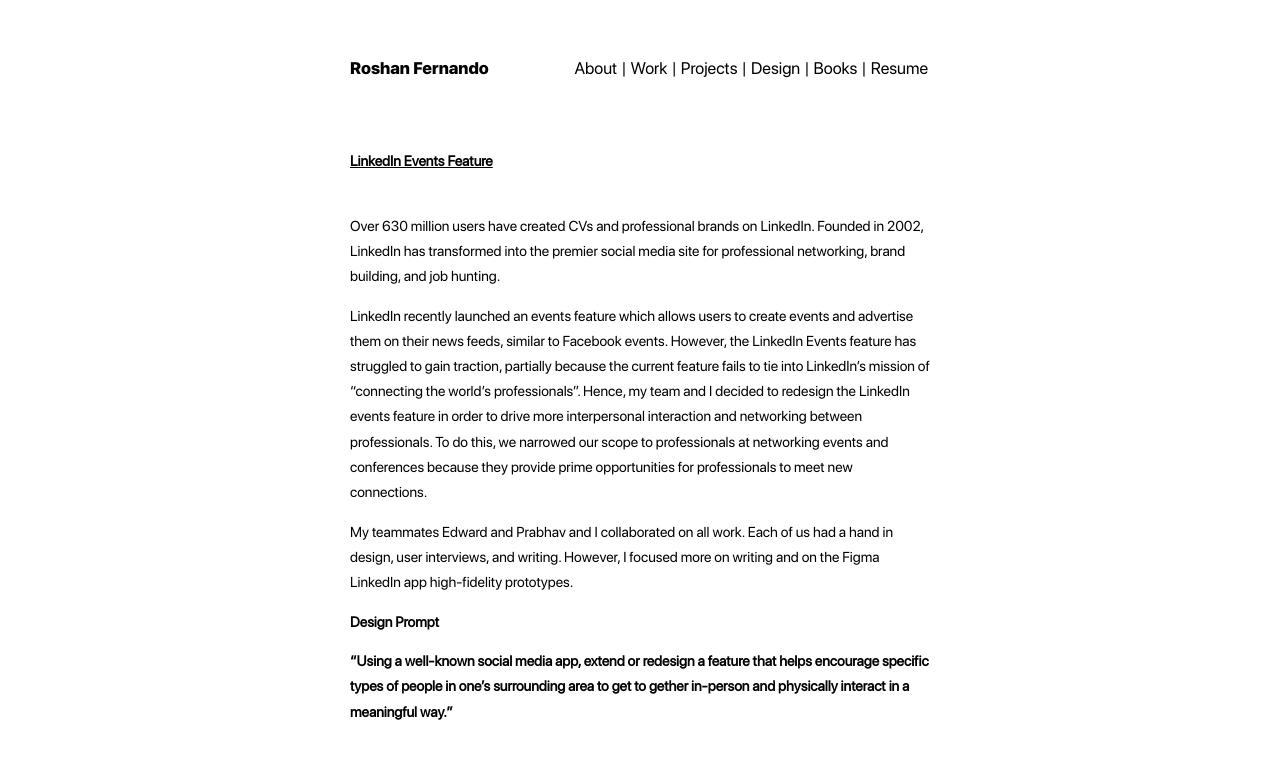
Repository: rdf004/rdf004.github.io
Page: /case1
These files come from the project's save history. The page is drawn as it stood at one moment and after the next save; the edit follows.
The browser window is 1280 px wide. The pictures show the whole page.
The project was rebuilt for these pictures with package versions that can differ from the ones it lists, and the page was loaded fresh each time. Also part of the build but not shown: src/Components/About.js, src/Components/Work.js, src/Components/Projects.js, src/Components/Design.js, src/Components/Books.js, src/Components/Resume.js.

Above is the page before, as saved 2019-11-20 20:59:11.

### public/index.html
<!DOCTYPE html>
<html lang="en">
  <head>
    <meta charset="utf-8" />
    <link rel="shortcut icon" href="Startup_Rocket-512.png" />
    <meta name="viewport" content="width=device-width, initial-scale=1" />
    <meta name="theme-color" content="#000000" />
    <meta
      name="description"
      content="Web site created using create-react-app"
    />
    <link rel="apple-touch-icon" href="logo192.png" />
    <!--
      manifest.json provides metadata used when your web app is installed on a
      user's mobile device or desktop. See https://developers.google.com/web/fundamentals/web-app-manifest/
    -->
    <link rel="manifest" href="%PUBLIC_URL%/manifest.json" />
    <!--
      Notice the use of %PUBLIC_URL% in the tags above.
      It will be replaced with the URL of the `public` folder during the build.
      Only files inside the `public` folder can be referenced from the HTML.

      Unlike "/favicon.ico" or "favicon.ico", "%PUBLIC_URL%/favicon.ico" will
      work correctly both with client-side routing and a non-root public URL.
      Learn how to configure a non-root public URL by running `npm run build`.
    -->
    <title>RFizzle's Websizzle</title>
  </head>
  <body>
    <noscript>You need to enable JavaScript to run this app.</noscript>
    <div id="root"></div>
    <!--
      This HTML file is a template.
      If you open it directly in the browser, you will see an empty page.

      You can add webfonts, meta tags, or analytics to this file.
      The build step will place the bundled scripts into the <body> tag.

      To begin the development, run `npm start` or `yarn start`.
      To create a production bundle, use `npm run build` or `yarn build`.
    -->
  </body>
</html>

### src/index.js
import React from 'react';
import ReactDOM from 'react-dom';
import { Route, Link, BrowserRouter as Router } from 'react-router-dom';

import About from './Components/About';
import Work from './Components/Work';
import Projects from './Components/Projects';
import Design from './Components/Design';
import Books from './Components/Books';
import Resume from './Components/Resume';
import Case1 from './Components/Case1';
import * as serviceWorker from './serviceWorker';

const routing = (
    <Router>
      <div>
        <Route exact path="/" component={About} />
        <Route path="/work" component={Work} />
        <Route path="/projects" component={Projects} />
        <Route path="/design" component={Design} />
        <Route path="/books" component={Books} />
        <Route path="/resume" component={Resume} />
        <Route path="/case1" component={Case1} />
      </div>
    </Router>
)

ReactDOM.render(routing, document.getElementById('root'));

// If you want your app to work offline and load faster, you can change
// unregister() to register() below. Note this comes with some pitfalls.
// Learn more about service workers: https://bit.ly/CRA-PWA
serviceWorker.unregister();

### src/Components/Case1.js
import React from 'react';
import Header from './Header';

import '../Style/style.css';

class Case1 extends React.Component {

    render() {
        return (
            <div className="grid-holder">

            <div className="grid-container">
                <Header className="header"/>
                <p className="page-content">
                    <b><u>LinkedIn Events Feature</u></b><br/><br/>
                    <p>Over 630 million users have created CVs and professional brands on LinkedIn. Founded in 2002, LinkedIn has transformed into the premier social media site for professional networking, brand building, and job hunting.</p>
                    <p>LinkedIn recently launched an events feature which allows users to create events and advertise them on their news feeds, similar to Facebook events. However, the LinkedIn Events feature has struggled to gain traction, partially because the current feature fails to tie into LinkedIn’s mission of “connecting the world’s professionals”. Hence, my team and I decided to redesign the LinkedIn events feature in order to drive more interpersonal interaction and networking between professionals. To do this, we narrowed our scope to professionals at networking events and conferences because they provide prime opportunities for professionals to meet new connections.</p>
                    <p>My teammates Edward and Prabhav and I collaborated on all work. Each of us had a hand in design, user interviews, and writing. However, I focused more on writing and on the Figma LinkedIn app high-fidelity prototypes.</p>
                    <b>Design Prompt</b>
                    <p><b>“Using a well-known social media app, extend or redesign a feature that helps encourage specific types of people in one’s surrounding area to get to gether in-person and physically interact in a meaningful way.”</b></p>
                </p>
            </div>

            </div>
        )
    }

}

export default Case1;

### src/Components/Header.js
import React from 'react';
import '../Style/style.css';

class Header extends React.Component {

    render() {
        return (

            <div className="flex-container">
                <p className="name">Roshan Fernando</p>
                <ul className="header-li-elements">
                    <li><a className="list-item-a" href="/">About</a></li>
                    <li>|</li>
                    <li><a className="list-item-a" href="/work">Work</a></li>
                    <li>|</li>
                    <li><a className="list-item-a" href="/projects">Projects</a></li>
                    <li>|</li>
                    <li><a className="list-item-a" href="/design">Design</a></li>
                    <li>|</li>
                    <li><a className="list-item-a" href="/books">Books</a></li>
                    <li>|</li>
                    <li><a className="list-item-a" href="/resume">Resume</a></li>
                </ul>
                <p className="content">{this.about}</p>
            </div>
        )
    }
}

export default Header;

### src/Style/style.css
/* PAGE */

.grid-holder {

}

.grid-container {
    display: grid;
    width: 600px;
    max-width: 100vw;
    margin: auto;

    line-height: 1.75;
}

.page-content {

    font-family: 'SF-Regular';
    font-size: 0.9em;
    color: black;
    padding: 10px;
    padding-top: 0px;
}

/* unvisited link */
.p-a:link {
    color: rgb(105, 196, 248);
    text-decoration: underline;
  }

  /* visited link */
.p-a:visited {
    color: rgb(105, 196, 248);
    text-decoration: underline;
  }

/* mouse over link */
.p-a:hover {
    color: rgb(105, 196, 248);
    text-decoration: underline;
  }

  /* selected link */
.p:active {
    color: rgb(105, 196, 248);
    text-decoration: underline;
  }

/* HEADER */

.flex-container {

    display: flex;
    justify-content: center;
    align-items: center;
    padding-top: 5vh;
    flex-wrap: wrap;

    max-width: inherit;
    min-width: 0;

}


.name {

    text-align: left;
    font-family: 'SF-Heavy';
    color: black;
    font-size: 1.05em;
    max-width: 250px;

    flex: 1;
    padding-left: 10px;

}

.header-li-elements {

    display: flex;
    padding: 0;
    justify-content: flex-end;
    color: black;

    flex: 1;
    padding-right: 10px;

}

li {

    list-style-type: none;
    padding: 2px;
    font-family: 'SF-Regular';
    font-size: 1.05em;
    color: black;

}

.content {
    width: 1000px;
    max-width: inherit;
}

body, html {

    margin: 0;
    padding: 0;
    background-color: white;

}

/* unvisited link */
.list-item-a:link {
    color: black;
    text-decoration: none;
  }

  /* visited link */
.list-item-a:visited {
    color: black;
    text-decoration: none;
  }

/* mouse over link */
.list-item-a:hover {
    color: rgb(0, 162, 255);
    text-decoration: none;
  }

  /* selected link */
.list-item-a:active {
    color: black;
    text-decoration: none;
  }

@font-face {
    src: url('./SF-Pro-Display-Heavy.otf');
    font-family: 'SF-Heavy';
}

@font-face {
    src: url('./SF-Pro-Display-Regular.otf');
    font-family: 'SF-Regular';
}

@font-face {
    src: url('./SF-Pro-Display-Thin.otf');
    font-family: 'SF-Thin';
}

Loaded but not shown: src/serviceWorker.js (common file)

After the next save:
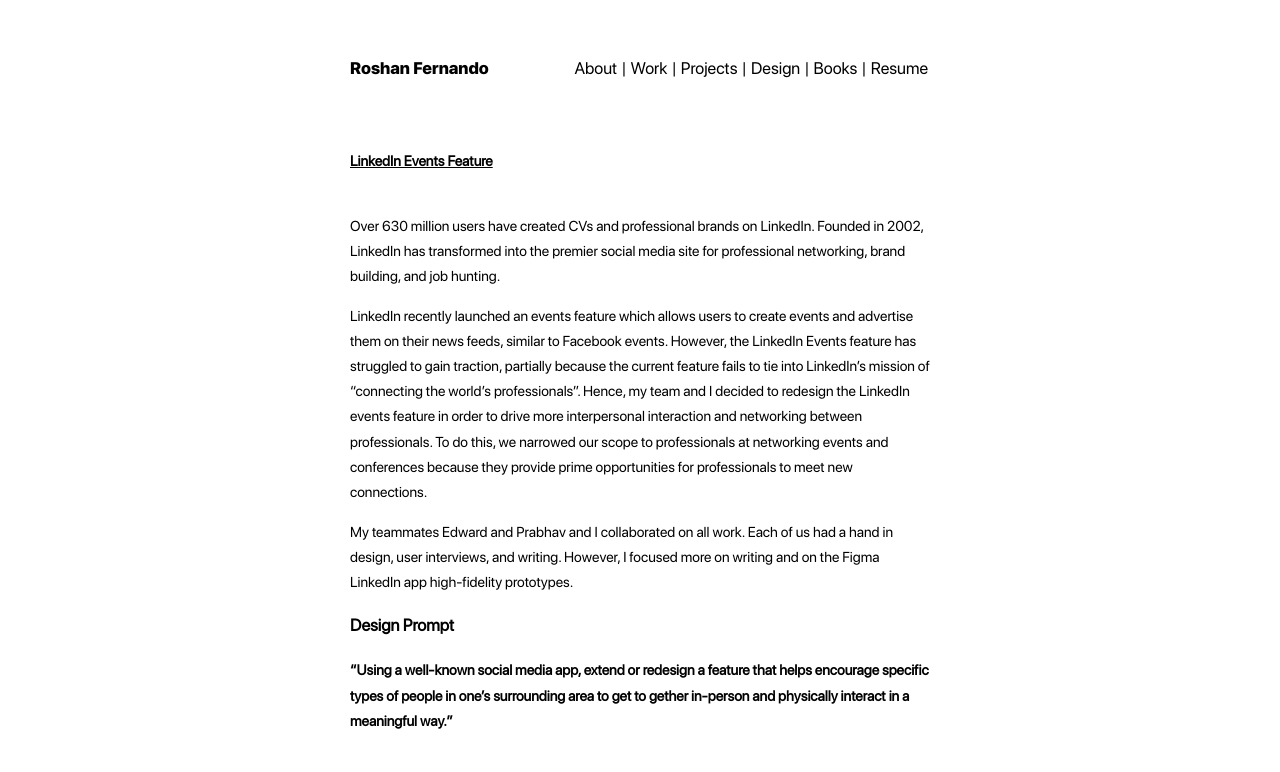
Saved 23 s later.
--- a/src/Components/Case1.js
+++ b/src/Components/Case1.js
@@ -16,7 +16,7 @@
                     <p>Over 630 million users have created CVs and professional brands on LinkedIn. Founded in 2002, LinkedIn has transformed into the premier social media site for professional networking, brand building, and job hunting.</p>
                     <p>LinkedIn recently launched an events feature which allows users to create events and advertise them on their news feeds, similar to Facebook events. However, the LinkedIn Events feature has struggled to gain traction, partially because the current feature fails to tie into LinkedIn’s mission of “connecting the world’s professionals”. Hence, my team and I decided to redesign the LinkedIn events feature in order to drive more interpersonal interaction and networking between professionals. To do this, we narrowed our scope to professionals at networking events and conferences because they provide prime opportunities for professionals to meet new connections.</p>
                     <p>My teammates Edward and Prabhav and I collaborated on all work. Each of us had a hand in design, user interviews, and writing. However, I focused more on writing and on the Figma LinkedIn app high-fidelity prototypes.</p>
-                    <b>Design Prompt</b>
+                    <h3><b>Design Prompt</b></h3>
                     <p><b>“Using a well-known social media app, extend or redesign a feature that helps encourage specific types of people in one’s surrounding area to get to gether in-person and physically interact in a meaningful way.”</b></p>
                 </p>
             </div>
